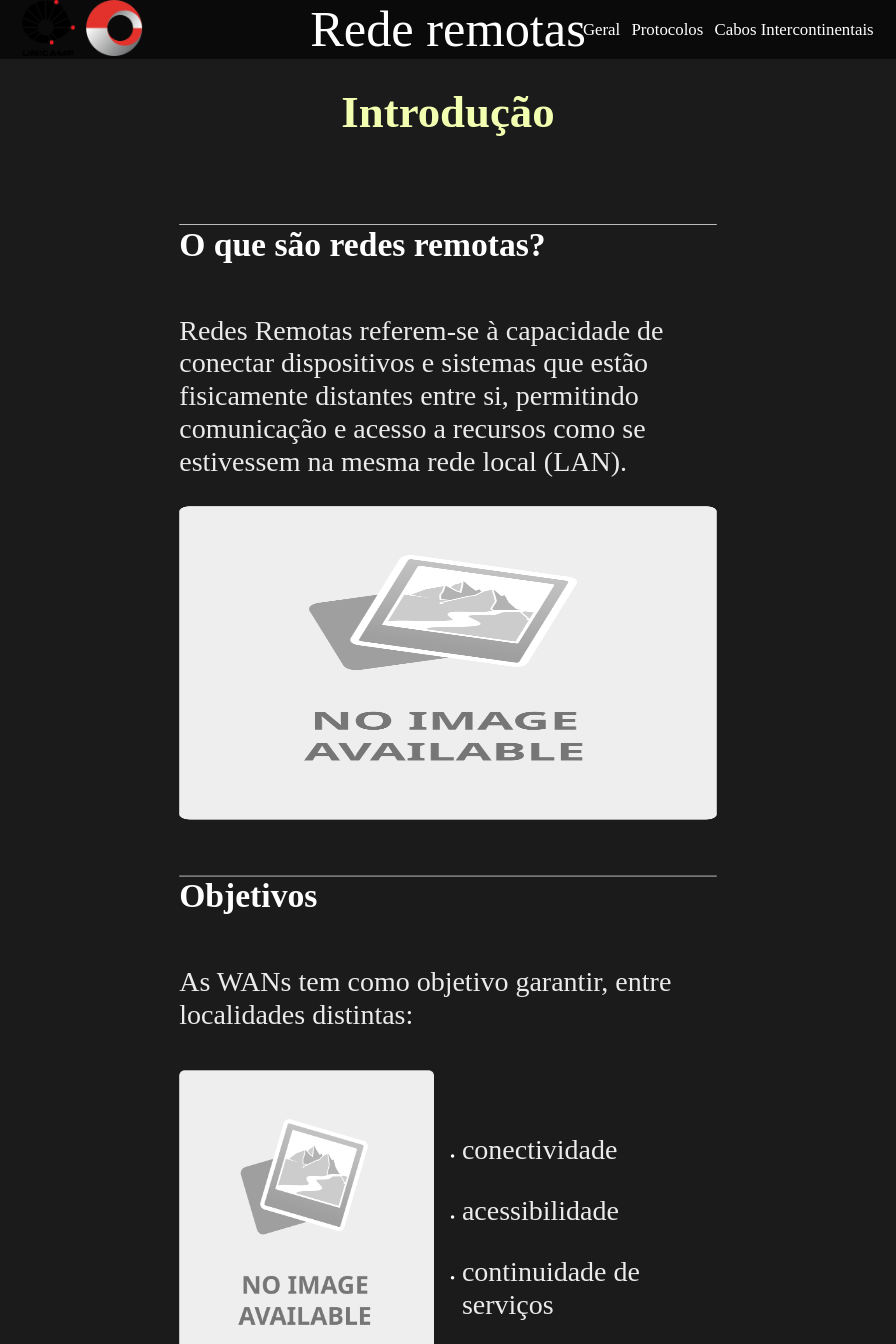
Repository: rafafbd/Site-sobre-redes-remotas
Page: Code/index.html
The author's editor kept a copy of each file at every save. The page is drawn from the files as they stood at one save, then again after the next save.
The browser window is 1280 px wide. The pictures show the part of the page from y = 0 to 1920 px (the page is 8539 px tall), at 70% of full size.

Above is the page before, as saved 2025-05-27 08:02:13.

After the next save:
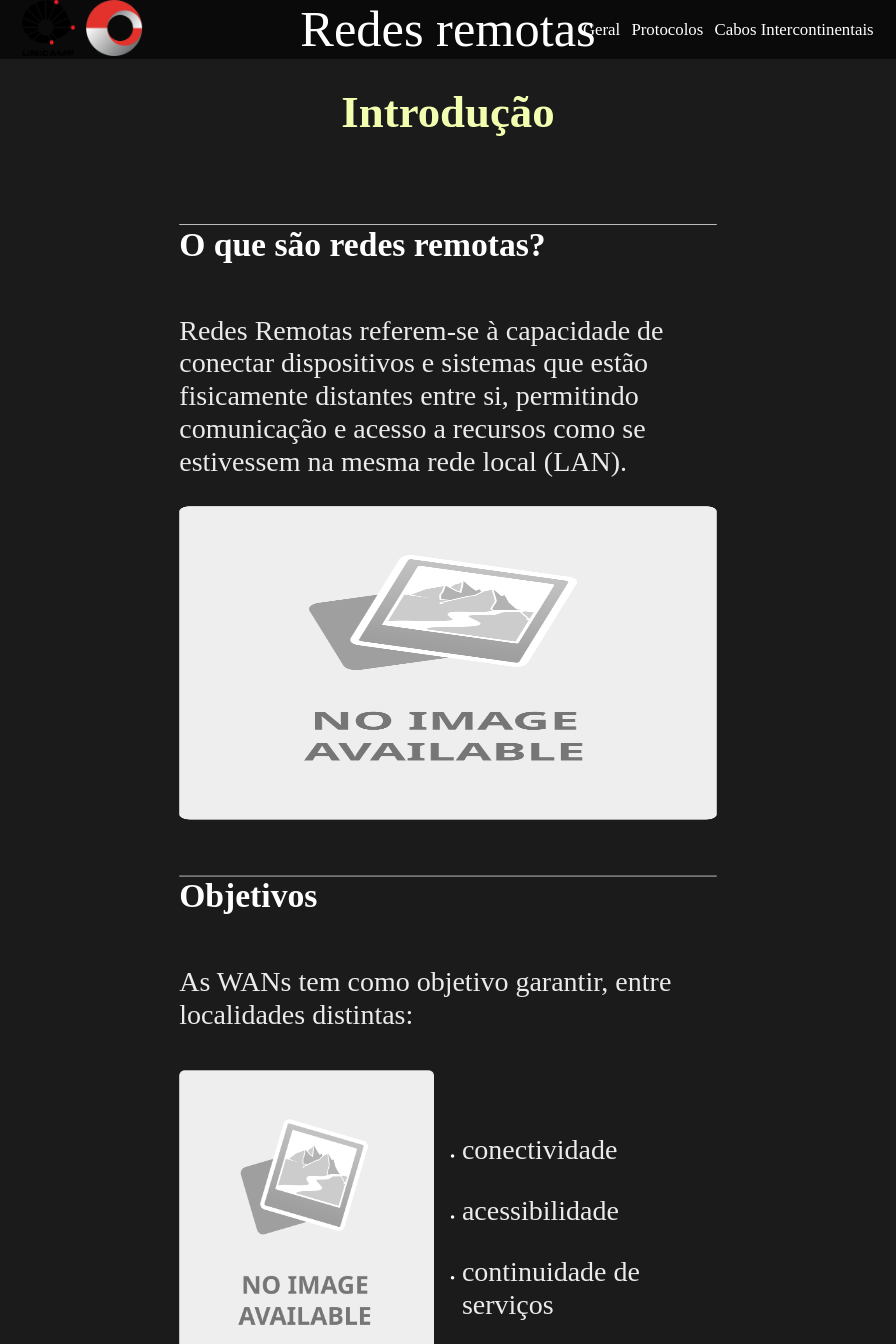
Saved 7 s later.
--- a/Code/index.html
+++ b/Code/index.html
@@ -13,7 +13,7 @@
             <a href="https://unicamp.br/"><img src="/Assets/image.png" alt="" class="logo"></a>
             <a href="https://cotuca.unicamp.br/"><img src="/Assets/logo-cotuca.png" alt="" class="logo"></a>
         </div>
-        <p class="titulo-principal central">Rede remotas</p>
+        <p class="titulo-principal central">Redes remotas</p>
         <div class="flex-space meio gap nav">
             <a href="#header" class="aHead">Geral</a>
             <a href="" class="aHead">Protocolos</a>
